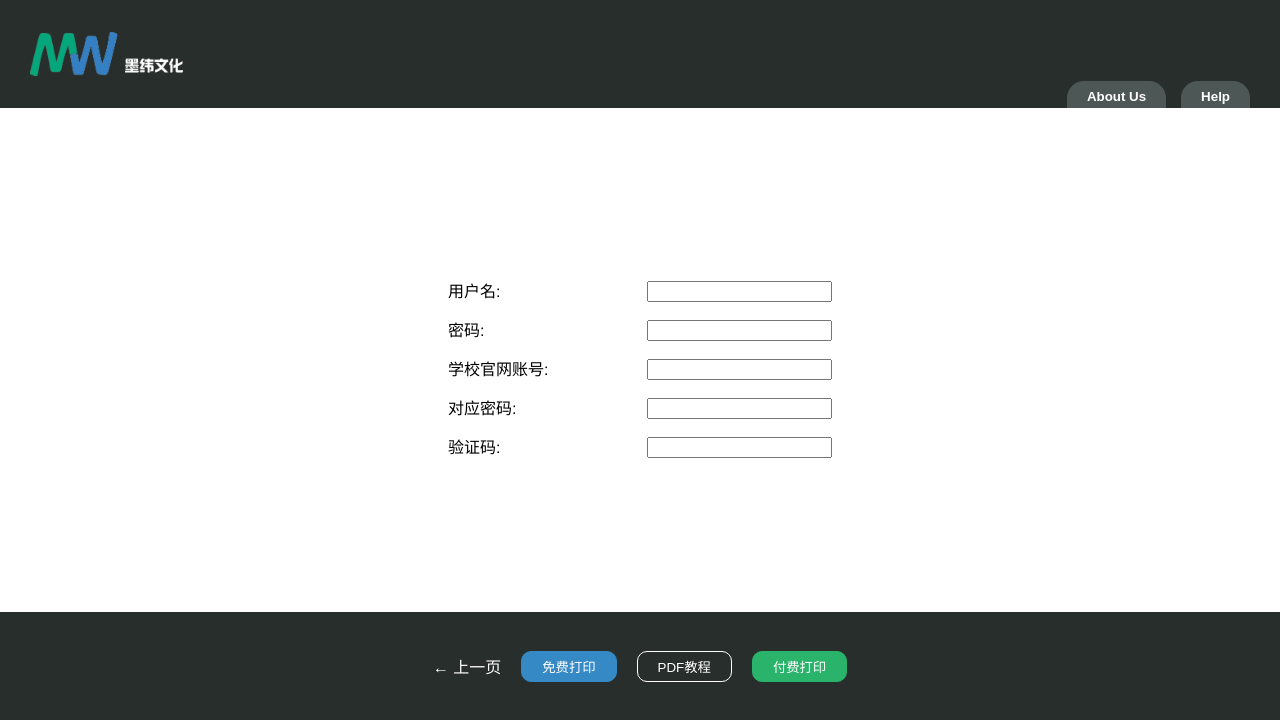
Repository: sucksucksucksuck/mw
Page: /#/register
An editor plug-in stored every save of this project. The page is shown before and after the next save, followed by the edit.
The browser window is 1280 px wide. The pictures show the whole page.
The project was rebuilt for these pictures with package versions that can differ from the ones it lists, and the page was loaded fresh each time. Also part of the build but not shown: webpack.config.js, src/components/HelloWorld.vue, src/components/Suck.vue.

Above is the page before, as saved 2018-04-13 17:10:13.

### index.html
<!DOCTYPE html>
<html>
  <head>
    <meta charset="utf-8">
    <meta name="viewport" content="width=device-width,initial-scale=1.0">
    <title>mw文化</title>
  </head>
  <body>
    <div id="app">

    </div>
  </body>
</html>

### src/App.vue
<template>
  <div id="app">
    <header>
      <img src="./assets/images/logo.png" alt="">
      <div class="btn">
        <button type="button">About Us</button>
        <button type="button">Help</button>
      </div>
    </header>
    <div class="wrap">
        <router-view/>
    </div>
    <footer>
      <div @click='back'>
          ← 上一页
      </div>
          <button type="button" class="free">
              免费打印
            </button>
            <button type="button" class="pdf">
              PDF教程
            </button>
            <button type="button" class="pay">
              付费打印
            </button>
    </footer>
  </div>
</template>

<script>
export default {
  name: 'App',
  methods: {
    back: function () {
      this.$router.go(-1);
    }
  }
}
</script>

<style>
#app {
  font-family: 'Avenir', Helvetica, Arial, sans-serif;
  -webkit-font-smoothing: antialiased;
  -moz-osx-font-smoothing: grayscale;
  text-align: center;
  color: #fff;
  background-color: #282E2C;
  height: 100%;
  display: flex;
  flex-direction: column;
  flex: 1;
  width: 100%;
  overflow: hidden;
  position: absolute;
  top: 0;
  left: 0;
}
header {
  background: #282E2C;
  height: 15%;
  justify-content: space-between;
  align-items: center;
  display: flex;
}
header .btn {
  margin-right: 30px;
  display: flex;
  flex-direction: row;
  justify-content: space-between;
  align-self: flex-end;
}
header .btn button {
  margin-left: 15px;
  border: none;
  background: rgba(225, 255, 255, 0.2);
  color:#fff;
  border-top-left-radius: 17px;
  border-top-right-radius: 17px;
  padding: 8px 20px 4px 20px;
  cursor: pointer;
  outline: none;
  font-weight: 600;
}

.wrap {
  flex:1;
  display: flex;
  background: #fff;
}
header img {
  height: 40%;
  margin-left: 30px;
}
* {
  margin: 0;
}
footer {
  background: #282E2C;
  height: 15%;
  justify-content: center;
  display: flex;
  align-items: center
}
footer div {
  cursor: pointer;
}
footer div:hover {
  color: #3580C4;
}
.free {
  margin-left: 20px;
  border: 1px solid #3589C5;
  background: #3589C5;
  color:#fff;
  border-radius: 10px;
  padding: 5px 20px;
  cursor: pointer;
  outline: none;
}
.pdf {
  margin-left: 20px;
  border: 1px solid #fff;
  box-sizing: content-box;
  background: transparent;
  color:#fff;
  border-radius: 10px;
  padding: 5px 20px;
  cursor: pointer;
  outline: none;
}
.pay {
  margin-left: 20px;
  border: 1px solid #2AB36B;
  background: #2AB36B;
  color:#fff;
  border-radius: 10px;
  padding: 5px 20px;
  cursor: pointer;
  outline: none;
}
</style>

### src/router/index.js
import Vue from 'vue'
import Router from 'vue-router'
import HelloWorld from '@/components/HelloWorld'
import Suck from '@/components/Suck'
import Register from '@/components/Register'
Vue.use(Router)

export default new Router({
  routes: [
    {
      path: '/',
      name: 'HelloWorld',
      component: HelloWorld
    },
    {
      path: '/suck',
      name: 'Suck',
      component: Suck
    },
    {
      path: '/register',
      name: 'Register',
      component: Register
    }
  ]
})

### src/components/Register.vue
<template>
  <!-- <div class="hello">
      <h1>{{ msg }}23234</h1>
    </div> -->
  <div class="register">
    <div class="item">
      <div>用户名:</div>
      <input type="text" name="name">
    </div>
    <div class="item">
      <div>密码:</div>
      <input type="text" name="name">
    </div>
    <div class="item">
      <div>学校官网账号:</div>
      <input type="text" name="name">
    </div>
    <div class="item">
      <div>对应密码:</div>
      <input type="text" name="name">
    </div>
    <div class="item">
      <div>验证码:</div>
      <input type="text" name="name">
    </div>
  </div>
</template>

<script>
  export default {
    name: 'Register',

  }

</script>

<!-- Add "scoped" attribute to limit CSS to this component only -->
<style scoped>
  .register {
    color: #000;
    display: flex;
    align-items: center;
    justify-content: center;
    flex: 1;
    flex-direction: column;
  }
.item {
  display: flex;
  flex-direction: row;
  justify-content: space-between;
  width: 30%;
  margin-top: 15px;
}
.item div {
  align-self: flex-end;
}
input {
  align-self: flex-end;
}
</style>

Loaded but not shown: src/main.js (common file)

After the next save:
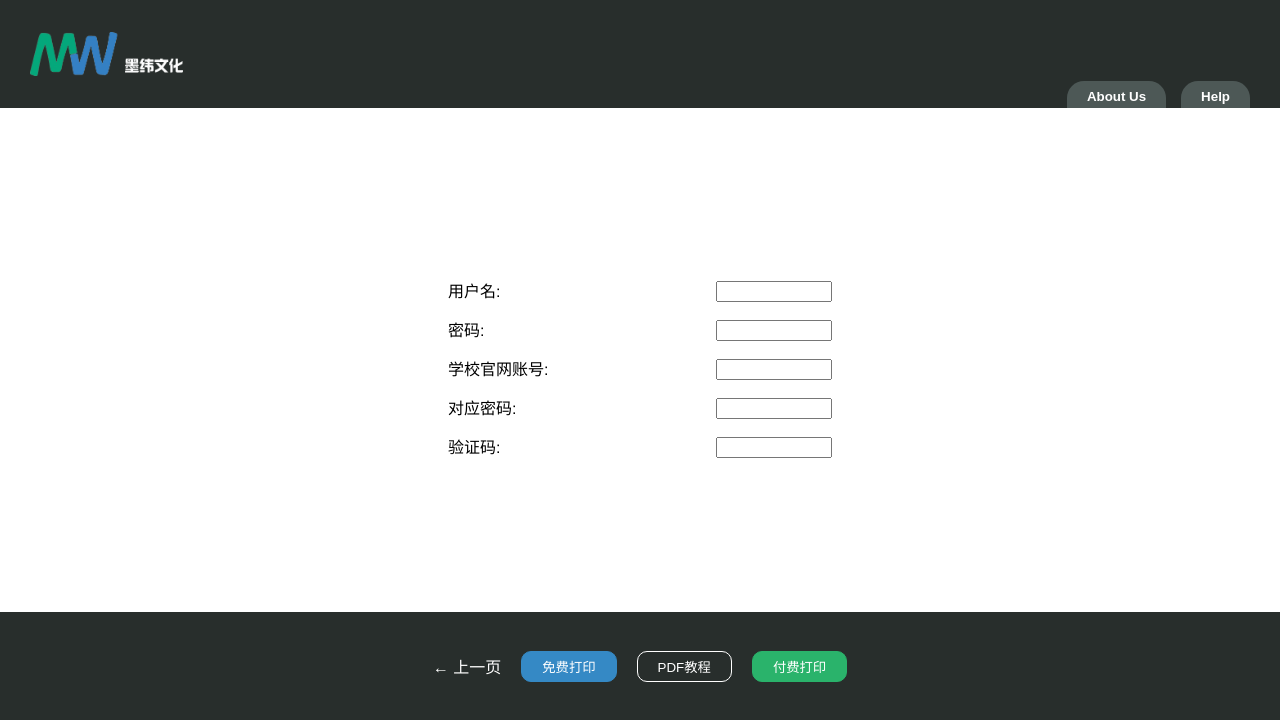
Saved 14 s later.
--- a/src/components/Register.vue
+++ b/src/components/Register.vue
@@ -56,5 +56,6 @@
 }
 input {
   align-self: flex-end;
+  width: 28%;
 }
 </style>

After the 2 saves that followed:
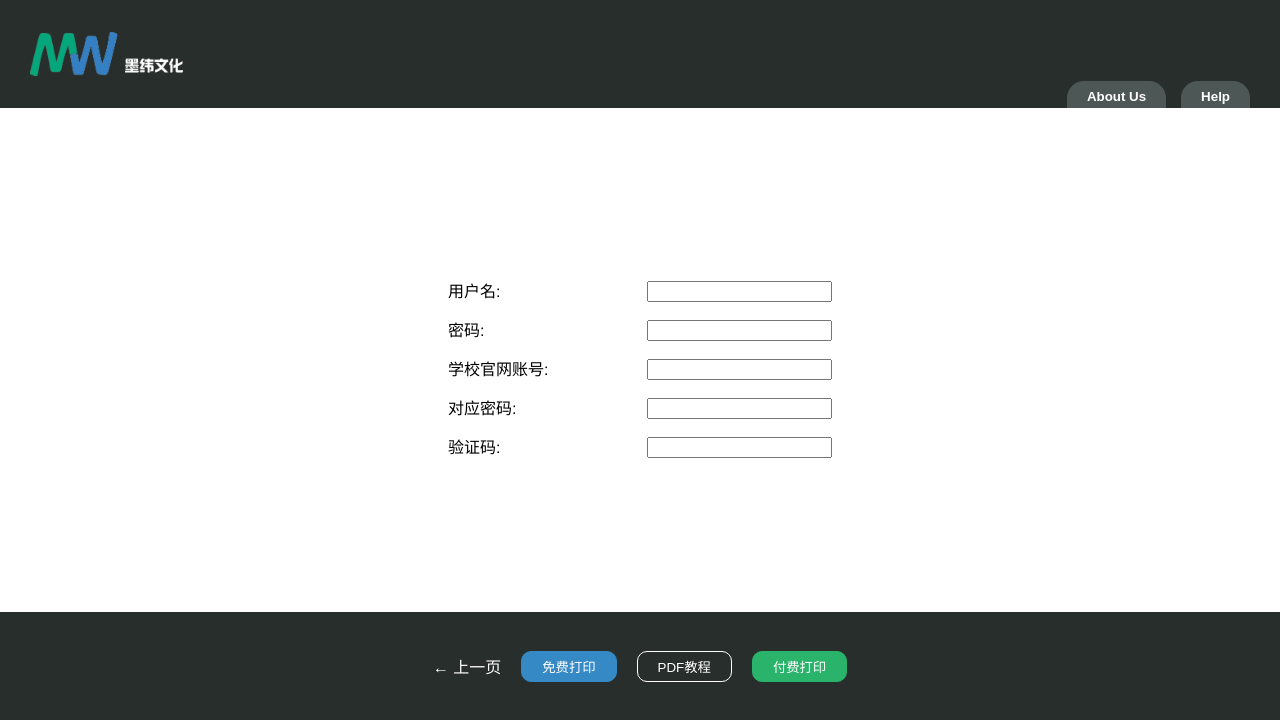
The 2 saves are shown as one change because they came seconds apart.
The last was saved 8 s later.
--- a/src/components/Register.vue
+++ b/src/components/Register.vue
@@ -56,6 +56,5 @@
 }
 input {
   align-self: flex-end;
-  width: 28%;
 }
 </style>
